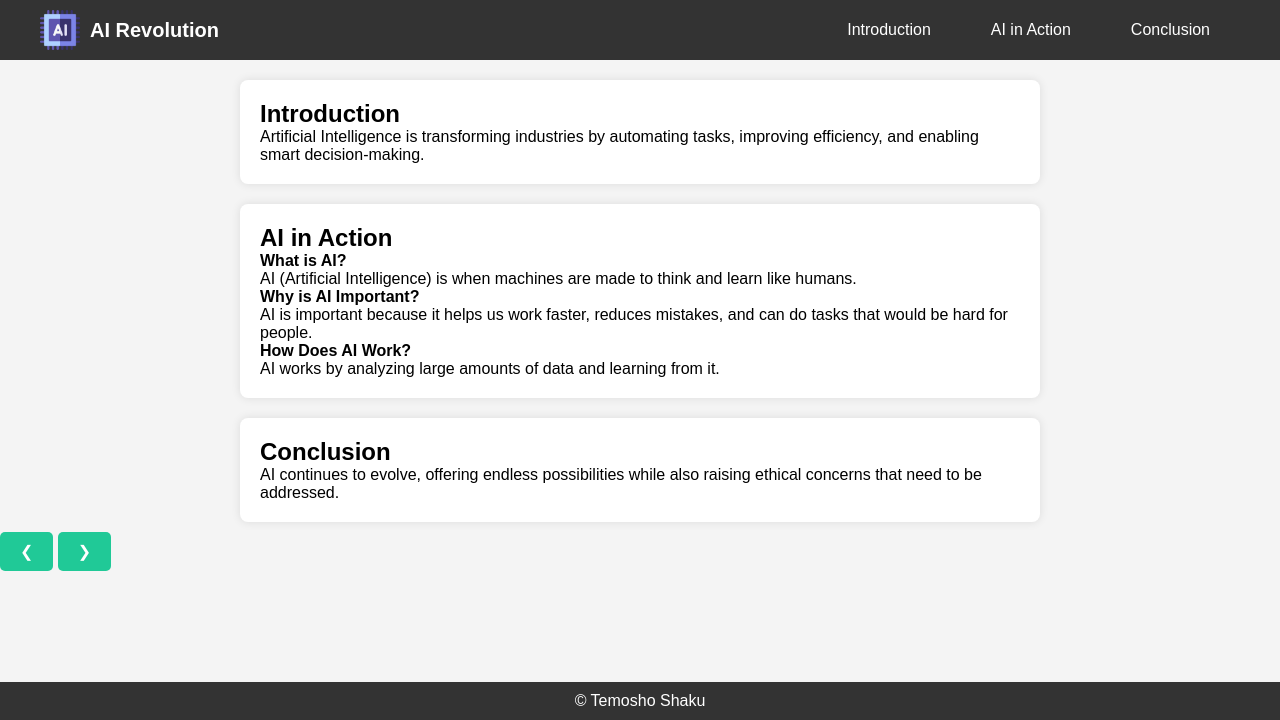
Repository: TemoshoS/ai
Page: index.html
These files come from the project's save history. The page is drawn as it stood at one moment and after the next save; the edit follows.
The browser window is 1280 px wide. The pictures show the whole page.

Above is the page before, as saved 2025-02-17 10:36:12.
Console error: TypeError: Cannot read properties of null (reading 'addEventListener')

### index.html
<!DOCTYPE html>
<html lang="en">
<head>
    <meta charset="UTF-8">
    <meta name="viewport" content="width=device-width, initial-scale=1.0">
    <title>AI Revolution</title>
    <link rel="stylesheet" href="styles.css">
</head>
<body>

    <nav>
        <div class="nav-container">
            <div class="logo">
                <img src="./ai.png" alt="AI Logo">
                <span>AI Revolution</span>
            </div>
            <ul class="nav-links">
                <li><a href="#intro">Introduction</a></li>
                <li><a href="#body">AI in Action</a></li>
                <li><a href="#conclusion">Conclusion</a></li>
            </ul>
        </div>
    </nav>

    <div class="slider">
        <div class="slides">
            <section class="slide" id="intro">
                <h2>Introduction</h2>
                <p>Artificial Intelligence is transforming industries by automating tasks, improving efficiency, and enabling smart decision-making.</p>
            </section>
            <section class="slide" id="body">
                <h2>AI in Action</h2>
                <p><strong>What is AI?</strong><br>AI (Artificial Intelligence) is when machines are made to think and learn like humans.</p>
                <p><strong>Why is AI Important?</strong><br>AI is important because it helps us work faster, reduces mistakes, and can do tasks that would be hard for people.</p>
                <p><strong>How Does AI Work?</strong><br>AI works by analyzing large amounts of data and learning from it.</p>
            </section>
            <section class="slide" id="conclusion">
                <h2>Conclusion</h2>
                <p>AI continues to evolve, offering endless possibilities while also raising ethical concerns that need to be addressed.</p>
            </section>
        </div>
        <button class="prev" onclick="moveSlide(-1)">&#10094;</button>
        <button class="next" onclick="moveSlide(1)">&#10095;</button>
    </div>

    <footer>
        <p>&copy; Temosho Shaku</p>
    </footer>

    <script src="script.js"></script>
</body>
</html>

### styles.css
/* GLOBAL STYLES */
* {
    margin: 0;
    padding: 0;
    box-sizing: border-box;
}

body {
    font-family: Arial, sans-serif;
    display: flex;
    flex-direction: column;
    min-height: 100vh; /* Ensures the body takes up full height */
    background-color: #f4f4f4;
}

/* NAVIGATION BAR */
nav {
    background: #333;
    padding: 10px 20px;
}

.nav-container {
    display: flex;
    justify-content: space-between;
    align-items: center;
    max-width: 1200px;
    margin: auto;
}

.logo {
    display: flex;
    align-items: center;
}

.logo img {
    width: 40px;
    height: 40px;
    margin-right: 10px;
}

.logo span {
    font-size: 20px;
    color: white;
    font-weight: bold;
}

.nav-links {
    list-style: none;
    display: flex;
    margin: 0;
    padding: 0;
}

.nav-links li {
    margin: 0 15px;
}

.nav-links li a {
    color: white;
    text-decoration: none;
    padding: 10px 15px;
    display: block;
}

.nav-links li a:hover {
    background-color: #20C997;
    border-radius: 5px;
}

/* CONTENT */
section {
    padding: 20px;
    max-width: 800px;
    margin: auto;
    background: white;
    margin-top: 20px;
    border-radius: 8px;
    box-shadow: 0px 0px 10px rgba(0, 0, 0, 0.1);
    flex-grow: 1; /* Ensures sections take remaining space */
}

/* AI CHAT */
input {
    padding: 10px;
    width: 80%;
    border: 1px solid #ccc;
    border-radius: 5px;
    margin-top: 10px;
}

button {
    background-color: #20C997;
    color: white;
    padding: 10px 20px;
    border: none;
    font-size: 16px;
    cursor: pointer;
    margin-top: 10px;
    border-radius: 5px;
}

button:hover {
    background-color: #17a589;
}

#aiResponse {
    font-weight: bold;
    color: #333;
    margin-top: 15px;
}

/* Chat Icon */
#chatIcon {
    position: fixed;
    bottom: 20px;
    right: 20px;
    background-color: #20C997;
    width: 50px;
    height: 50px;
    border-radius: 50%;
    display: flex;
    justify-content: center;
    align-items: center;
    cursor: pointer;
}

#chatIcon img {
    width: 30px;
    height: 30px;
}

/* Chat Box */
#chatBox {
    position: fixed;
    bottom: 80px;
    right: 20px;
    width: 300px;
    background: white;
    box-shadow: 0px 0px 10px rgba(0, 0, 0, 0.2);
    border-radius: 8px;
    display: none;
    flex-direction: column;
}

.chat-header {
    background: #20C997;
    color: white;
    padding: 10px;
    display: flex;
    justify-content: space-between;
    align-items: center;
    font-weight: bold;
}

.chat-header button {
    background: none;
    border: none;
    color: white;
    font-size: 20px;
    cursor: pointer;
}

.chat-body {
    padding: 10px;
    max-height: 200px;
    overflow-y: auto;
}

#chatInput {
    width: 80%;
    padding: 10px;
    border: 1px solid #ccc;
    border-radius: 5px;
    margin: 10px;
}

#sendChat {
    background-color: #20C997;
    color: white;
    padding: 10px;
    border: none;
    cursor: pointer;
    border-radius: 5px;
}

/* FOOTER */
footer {
    background-color: #333;
    color: white;
    padding: 10px;
    text-align: center;
    margin-top: auto; /* Ensures the footer is at the bottom */
}

/* Responsive Styles */
@media screen and (max-width: 768px) {
    .nav-links {
        flex-direction: column;
        align-items: center;
    }

    .nav-links li {
        margin: 10px 0;
    }

    #chatBox {
        width: 80%;
        right: 10px;
        bottom: 70px;
    }

    #chatInput {
        width: 70%;
    }
}

### script.js
document.getElementById("chatIcon").addEventListener("click", function () {
    document.getElementById("chatBox").style.display = "flex";
});

document.getElementById("closeChat").addEventListener("click", function () {
    document.getElementById("chatBox").style.display = "none";
});

document.getElementById("sendChat").addEventListener("click", function () {
    let userInput = document.getElementById("chatInput").value.trim();
    let chatBody = document.querySelector(".chat-body");

    if (!userInput) {
        alert("Please enter a message!");
        return;
    }

    // Display user message
    let userMessage = document.createElement("p");
    userMessage.style.textAlign = "right";
    userMessage.style.color = "#20C997";
    userMessage.innerText = "You: " + userInput;
    chatBody.appendChild(userMessage);

    document.getElementById("chatInput").value = "";

    // Simulate AI response
    setTimeout(() => {
        let fakeResponses = [
            "AI helps automate repetitive tasks.",
            "Machine learning enables computers to learn from data.",
            "AI is used in chatbots, self-driving cars, and healthcare.",
            "AI raises ethical concerns, including bias and job automation.",
            "AI can improve cybersecurity by detecting threats."
        ];

        let randomResponse = fakeResponses[Math.floor(Math.random() * fakeResponses.length)];

        let aiMessage = document.createElement("p");
        aiMessage.style.textAlign = "left";
        aiMessage.style.color = "#333";
        aiMessage.innerText = "AI: " + randomResponse;
        chatBody.appendChild(aiMessage);

        chatBody.scrollTop = chatBody.scrollHeight;
    }, 1500);
});

After the next save:
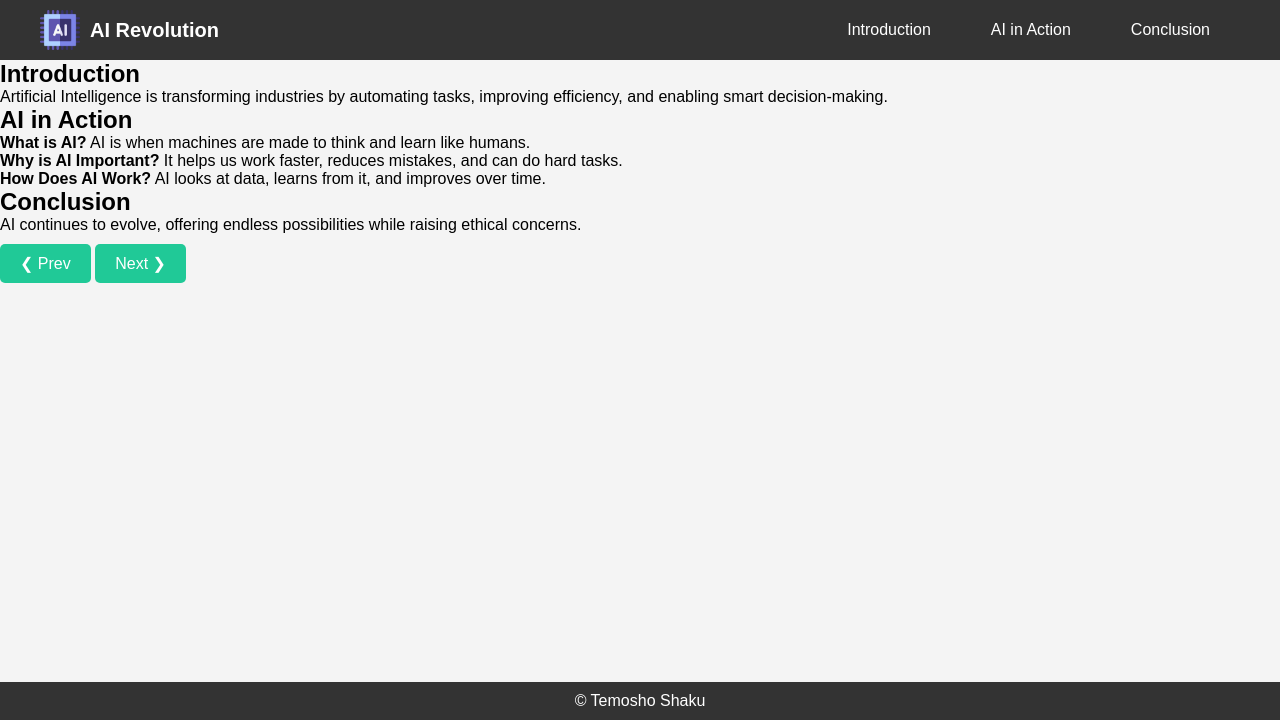
Saved 3 min 24 s later.
--- a/index.html
+++ b/index.html
@@ -21,27 +21,26 @@
             </ul>
         </div>
     </nav>
+    <div class="slider-container">
+        <div class="slide active" id="slide-intro">
+            <h2>Introduction</h2>
+            <p>Artificial Intelligence is transforming industries by automating tasks, improving efficiency, and enabling smart decision-making.</p>
+        </div>
+        <div class="slide" id="slide-ai-action">
+            <h2>AI in Action</h2>
+            <p><strong>What is AI?</strong> AI is when machines are made to think and learn like humans.</p>
+            <p><strong>Why is AI Important?</strong> It helps us work faster, reduces mistakes, and can do hard tasks.</p>
+            <p><strong>How Does AI Work?</strong> AI looks at data, learns from it, and improves over time.</p>
+        </div>
+        <div class="slide" id="slide-conclusion">
+            <h2>Conclusion</h2>
+            <p>AI continues to evolve, offering endless possibilities while raising ethical concerns.</p>
+        </div>
 
-    <div class="slider">
-        <div class="slides">
-            <section class="slide" id="intro">
-                <h2>Introduction</h2>
-                <p>Artificial Intelligence is transforming industries by automating tasks, improving efficiency, and enabling smart decision-making.</p>
-            </section>
-            <section class="slide" id="body">
-                <h2>AI in Action</h2>
-                <p><strong>What is AI?</strong><br>AI (Artificial Intelligence) is when machines are made to think and learn like humans.</p>
-                <p><strong>Why is AI Important?</strong><br>AI is important because it helps us work faster, reduces mistakes, and can do tasks that would be hard for people.</p>
-                <p><strong>How Does AI Work?</strong><br>AI works by analyzing large amounts of data and learning from it.</p>
-            </section>
-            <section class="slide" id="conclusion">
-                <h2>Conclusion</h2>
-                <p>AI continues to evolve, offering endless possibilities while also raising ethical concerns that need to be addressed.</p>
-            </section>
-        </div>
-        <button class="prev" onclick="moveSlide(-1)">&#10094;</button>
-        <button class="next" onclick="moveSlide(1)">&#10095;</button>
+        <button id="prevBtn">&#10094; Prev</button>
+        <button id="nextBtn">Next &#10095;</button>
     </div>
+
 
     <footer>
         <p>&copy; Temosho Shaku</p>
